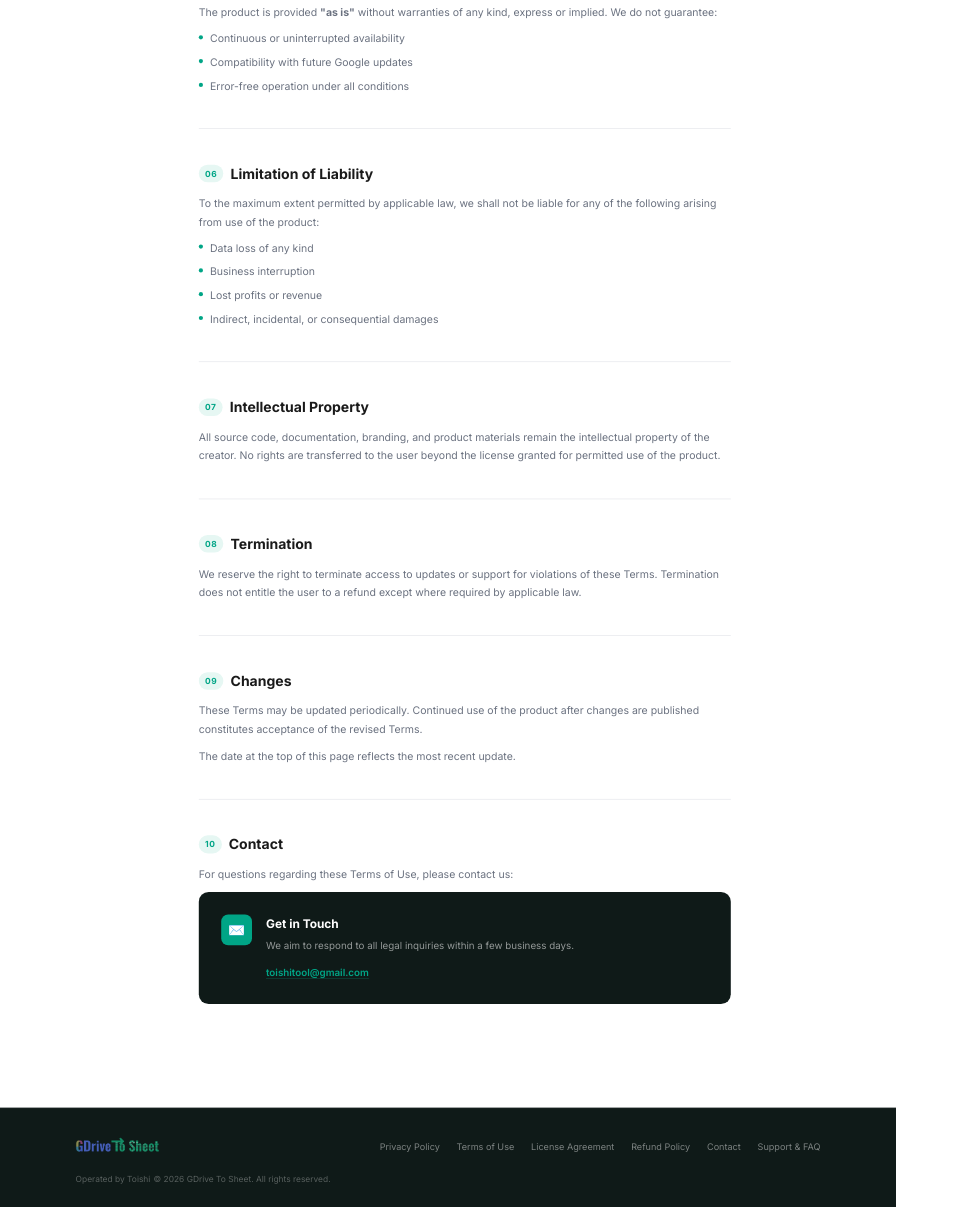
Repository: toishitool/gdrive-to-sheet
Page: terms.html
An editor plug-in stored every save of this project. The page is shown before and after the next save, followed by the edit.
The browser window is 1280 px wide. The page is 1372 px wide, so the pictures cover 1372 px, including what lies to the right of the window. The pictures show the part of the page from y = 1726 to 3486 px (the page is 3450 px tall before and 3486 px after), at 70% of full size.

Above is the page before, as saved 2026-06-21 10:24:56.

### terms.html
<!DOCTYPE html>
<html lang="en" class="scroll-smooth">
<head>
  <meta charset="UTF-8" />
  <meta name="viewport" content="width=device-width, initial-scale=1.0" />
  <title>Terms of Use – GDrive To Sheet</title>
  <meta name="description" content="Terms of Use for GDrive To Sheet. Please read before using the product." />
  <meta name="robots" content="noindex" />
  <link rel="canonical" href="https://toishitool.github.io/gdrive-to-sheet/terms.html" />

  <link rel="preconnect" href="https://fonts.googleapis.com" />
  <link rel="preconnect" href="https://fonts.gstatic.com" crossorigin />
  <link href="https://fonts.googleapis.com/css2?family=Inter:wght@300;400;500;600;700;800&display=swap" rel="stylesheet" />

  <link rel="stylesheet" href="style.css">
</head>
<body>

<nav class="global-nav" aria-label="Main navigation">
  <div class="nav-inner">
    <a href="index.html" class="nav-logo">
      <img src="images/logo_gdrivetosheet.png" alt="GDrive To Sheet" />
    </a>
    <a href="index.html" class="nav-back">
      <svg width="14" height="14" fill="none" stroke="currentColor" stroke-width="2.5" viewBox="0 0 24 24"><polyline points="15 18 9 12 15 6"/></svg>
      Back to Home
    </a>
  </div>
</nav>

<main>
  <div class="page-wrap">

    <header class="page-header">
      <span class="eyebrow">Legal</span>
      <h1>Terms of Use</h1>
      <div class="meta">
        <span>GDrive To Sheet</span>
        <span class="meta-dot">·</span>
        <span id="last-updated">Last updated: —</span>
      </div>
    </header>

    <div class="intro-block">
      <span class="icon">📋</span>
      <p>By accessing or using <strong>GDrive To Sheet</strong>, you agree to these Terms of Use. Please read them carefully before using the product.</p>
    </div>

    <div class="content-layout">

      <div class="main-content">
        <div class="policy-section" id="s1">
          <h2><span class="section-num">01</span>Product Description</h2>
          <p>GDrive To Sheet is a Google Apps Script and Google Sheets based utility that exports Google Drive folder structures into spreadsheet format.</p>
          <p>The product operates entirely within the Google ecosystem and does not involve any external servers for data processing.</p>
        </div>
        <div class="section-divider"></div>

        <div class="policy-section" id="s2">
          <h2><span class="section-num">02</span>Eligibility</h2>
          <p>You must comply with all applicable laws and Google's Terms of Service when using this product. By using GDrive To Sheet, you represent that you have the right and authority to access the Google Drive folders you choose to export.</p>
        </div>
        <div class="section-divider"></div>

        <div class="policy-section" id="s3">
          <h2><span class="section-num">03</span>Acceptable Use</h2>
          <p>You may use the product only for lawful purposes. The following actions are strictly prohibited:</p>
          <ul class="prohibited">
            <li>Reverse engineer the licensed distribution package</li>
            <li>Redistribute paid versions without permission</li>
            <li>Remove or alter licensing information</li>
            <li>Misrepresent ownership of the product</li>
          </ul>
          <div class="highlight-card warning">
            <p>Violation of these terms may result in immediate termination of your license and access to product updates.</p>
          </div>
        </div>
        <div class="section-divider"></div>

        <div class="policy-section" id="s4">
          <h2><span class="section-num">04</span>Google Services</h2>
          <p>This product relies on the following Google services:</p>
          <ul>
            <li><strong>Google Drive</strong> — for reading folder and file metadata</li>
            <li><strong>Google Sheets</strong> — for generating structured export output</li>
            <li><strong>Google Apps Script</strong> — for running the export logic within your account</li>
          </ul>
          <div class="highlight-card">
            <p>Functionality may change due to modifications made by Google. We are not responsible for service interruptions caused by Google platform changes.</p>
          </div>
        </div>
        <div class="section-divider"></div>

        <div class="policy-section" id="s5">
          <h2><span class="section-num">05</span>No Warranty</h2>
          <p>The product is provided <strong>"as is"</strong> without warranties of any kind, express or implied. We do not guarantee:</p>
          <ul>
            <li>Continuous or uninterrupted availability</li>
            <li>Compatibility with future Google updates</li>
            <li>Error-free operation under all conditions</li>
          </ul>
        </div>
        <div class="section-divider"></div>

        <div class="policy-section" id="s6">
          <h2><span class="section-num">06</span>Limitation of Liability</h2>
          <p>To the maximum extent permitted by applicable law, we shall not be liable for any of the following arising from use of the product:</p>
          <ul>
            <li>Data loss of any kind</li>
            <li>Business interruption</li>
            <li>Lost profits or revenue</li>
            <li>Indirect, incidental, or consequential damages</li>
          </ul>
        </div>
        <div class="section-divider"></div>

        <div class="policy-section" id="s7">
          <h2><span class="section-num">07</span>Intellectual Property</h2>
          <p>All source code, documentation, branding, and product materials remain the intellectual property of the creator. No rights are transferred to the user beyond the license granted for permitted use of the product.</p>
        </div>
        <div class="section-divider"></div>

        <div class="policy-section" id="s8">
          <h2><span class="section-num">08</span>Termination</h2>
          <p>We reserve the right to terminate access to updates or support for violations of these Terms. Termination does not entitle the user to a refund except where required by applicable law.</p>
        </div>
        <div class="section-divider"></div>

        <div class="policy-section" id="s9">
          <h2><span class="section-num">09</span>Changes</h2>
          <p>These Terms may be updated periodically. Continued use of the product after changes are published constitutes acceptance of the revised Terms.</p>
          <p>The date at the top of this page reflects the most recent update.</p>
        </div>
        <div class="section-divider"></div>

        <div class="policy-section" id="s10">
          <h2><span class="section-num">10</span>Contact</h2>
          <p>For questions regarding these Terms of Use, please contact us:</p>
          <div class="contact-block">
            <div class="cicon">✉️</div>
            <div>
              <h3>Get in Touch</h3>
              <p>We aim to respond to all legal inquiries within a few business days.</p>
              <a href="mailto:toishitool@gmail.com">toishitool@gmail.com</a>
            </div>
          </div>
        </div>
      </div>

      <input type="checkbox" id="toc-toggle" class="toc-trigger-input" />

      <label for="toc-toggle" class="toc-trigger-btn" aria-label="Toggle contents menu">
        <svg class="icon-open" width="22" height="22" fill="none" stroke="currentColor" stroke-width="2.5" viewBox="0 0 24 24">
          <line x1="3" y1="12" x2="21" y2="12"></line>
          <line x1="3" y1="6" x2="21" y2="6"></line>
          <line x1="3" y1="18" x2="21" y2="18"></line>
        </svg>
        <svg class="icon-close" width="22" height="22" fill="none" stroke="currentColor" stroke-width="2.5" viewBox="0 0 24 24">
          <line x1="18" y1="6" x2="6" y2="18"></line>
          <line x1="6" y1="6" x2="18" y2="18"></line>
        </svg>
      </label>

      <nav class="toc" aria-label="Table of contents">
        <h3>Contents</h3>
        <ol>
          <li><a href="#s1" onclick="document.getElementById('toc-toggle').checked = false;">Product Description</a></li>
          <li><a href="#s2" onclick="document.getElementById('toc-toggle').checked = false;">Eligibility</a></li>
          <li><a href="#s3" onclick="document.getElementById('toc-toggle').checked = false;">Acceptable Use</a></li>
          <li><a href="#s4" onclick="document.getElementById('toc-toggle').checked = false;">Google Services</a></li>
          <li><a href="#s5" onclick="document.getElementById('toc-toggle').checked = false;">No Warranty</a></li>
          <li><a href="#s6" onclick="document.getElementById('toc-toggle').checked = false;">Limitation of Liability</a></li>
          <li><a href="#s7" onclick="document.getElementById('toc-toggle').checked = false;">Intellectual Property</a></li>
          <li><a href="#s8" onclick="document.getElementById('toc-toggle').checked = false;">Termination</a></li>
          <li><a href="#s9" onclick="document.getElementById('toc-toggle').checked = false;">Changes</a></li>
          <li><a href="#s10" onclick="document.getElementById('toc-toggle').checked = false;">Contact</a></li>
        </ol>
      </nav>

    </div>
  </div>
</main>

  <div id="footer-container"></div>
<script src="js/common.js"></script>

<script>
  // Auto date
  const d = new Date();
  const formatted = d.toLocaleDateString('en-US', { year: 'numeric', month: 'long', day: 'numeric' });
  document.getElementById('last-updated').textContent = 'Last updated: ' + formatted;
</script>

</body>
</html>

### footer.html
<footer role="contentinfo" style="margin-top: 0;">
  <div class="container">
    <div class="footer-inner">
      <!-- 1. ロゴ -->
      <a href="index.html" class="footer-logo">
        <img src="images/logo_gdrivetosheet_dk.png" alt="GDrive To Sheet" />
      </a>

      <div class="footer-links">
        <a href="privacy-policy.html">Privacy Policy</a>
        <a href="terms.html">Terms of Use</a>
        <a href="license.html">License Agreement</a>
        <a href="refund-policy.html">Refund Policy</a>
        <a href="contact.html">Contact</a>
        <a href="support.html">Support &amp; FAQ</a>
      </div>

      <div class="footer-bottom-text">
        <span class="footer-copy">Operated by Toishi</span>
        <span class="footer-copy">© 2026 GDrive To Sheet. All rights reserved.</span>
      </div>
    </div>
  </div>
</footer>

Loaded but not shown: js/common.js (5 lines, source omitted); style.css (2860 lines, source omitted)

After the next save:
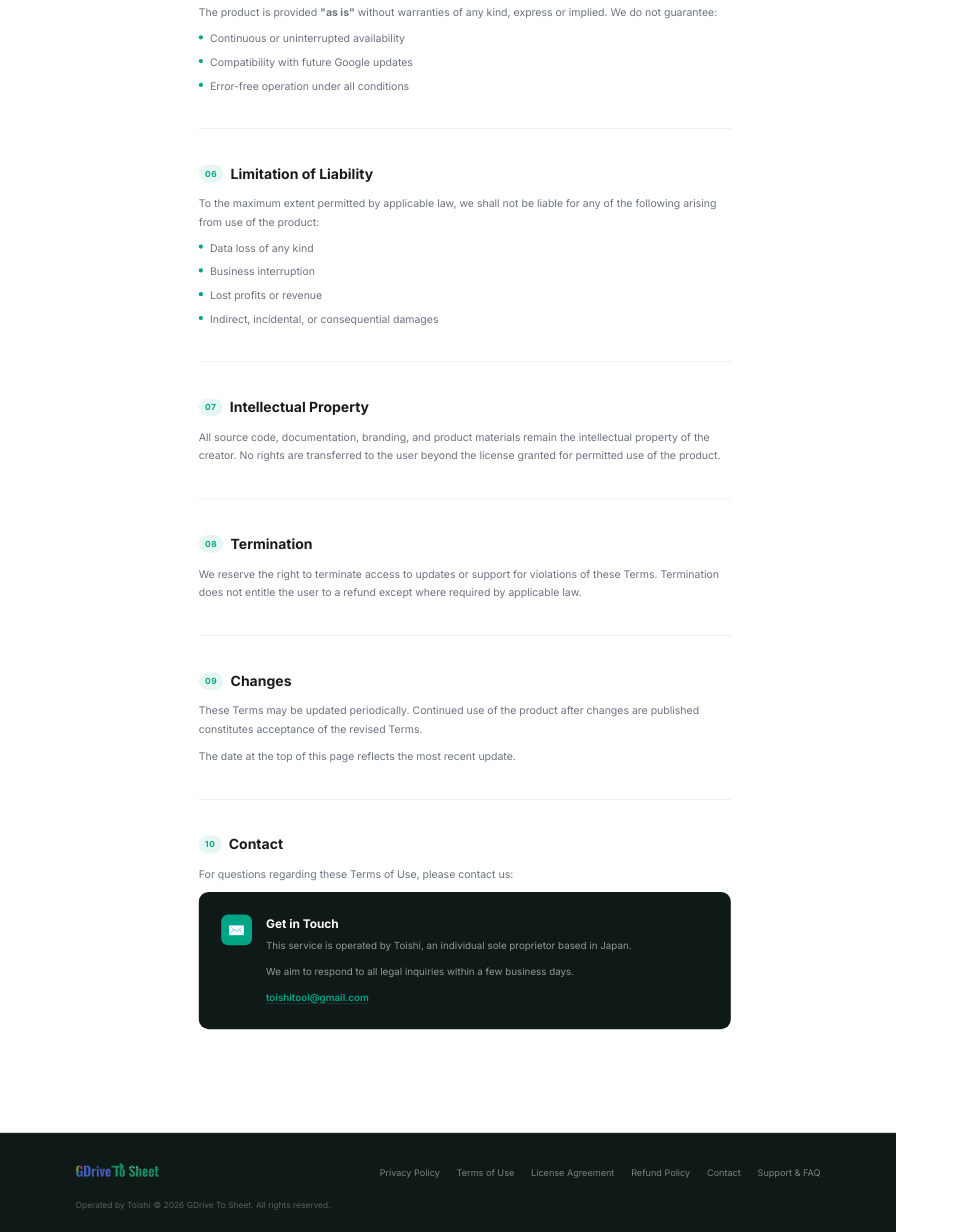
Saved 3 min 23 s later.
--- a/terms.html
+++ b/terms.html
@@ -140,6 +140,7 @@
             <div class="cicon">✉️</div>
             <div>
               <h3>Get in Touch</h3>
+              <p>This service is operated by Toishi, an individual sole proprietor based in Japan.</p>
               <p>We aim to respond to all legal inquiries within a few business days.</p>
               <a href="mailto:toishitool@gmail.com">toishitool@gmail.com</a>
             </div>
